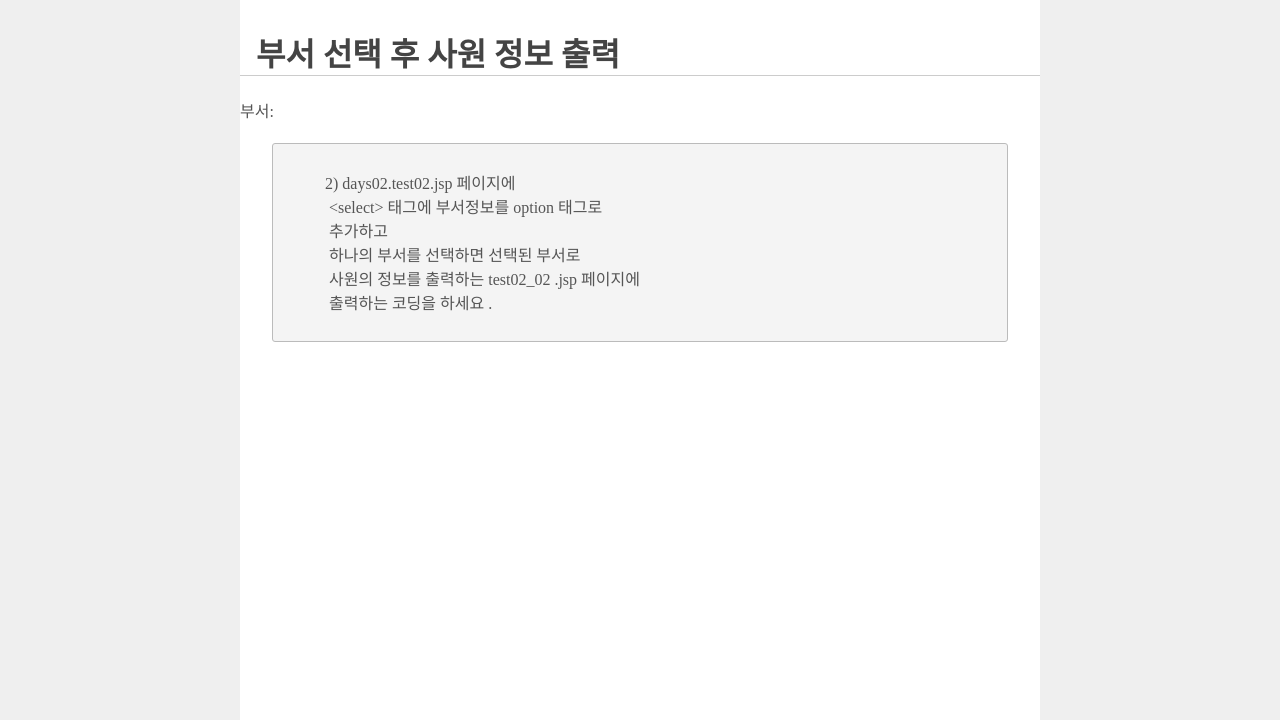
Repository: park-jiwoong/webClass
Page: http://localhost/jspPro/days02/test02.jsp
The author's editor kept a copy of each file at every save. The page is drawn from the files as they stood at one save, then again after the next save.
The browser window is 1280 px wide. The pictures show the whole page.
Some web fonts or font styles are not loaded; a fallback is used. The page is served by Tomcat 9. Other server files are loaded and not shown.

Above is the page before, as saved 2025-05-22 00:48:49.

### webPro/src/main/webapp/JSPClass/jspPro/src/main/webapp/days02/test02.jsp
<%@ page contentType="text/html; charset=UTF-8" pageEncoding="UTF-8"%>
<!DOCTYPE html>
<html>
<head>
<meta charset="UTF-8">
<meta name="viewport" content="width=device-width, initial-scale=1.0">
<link rel="shortcut icon" type="image/x-icon" href="http://localhost/jspPro/images/SiSt.ico">
<title>부서 선택</title>
<script src="https://ajax.googleapis.com/ajax/libs/jquery/3.7.1/jquery.min.js"></script>
<link rel="stylesheet" href="http://localhost/jspPro/resources/cdn-main/example.css">
<script src="http://localhost/jspPro/resources/cdn-main/example.js"></script>
	<style>
 	span.material-symbols-outlined{
    vertical-align: text-bottom;
 	}
	</style>
</head>
<body>
	<h1>부서 선택 후 사원 정보 출력</h1>
	<form action="dept">부서: </form>
<div>
    <xmp class="code">
         2) days02.test02.jsp 페이지에
          <select> 태그에 부서정보를 option 태그로
          추가하고
          하나의 부서를 선택하면 선택된 부서로
          사원의 정보를 출력하는 test02_02 .jsp 페이지에
          출력하는 코딩을 하세요 .
    </xmp>
</div>
</body>
</html>

### webPro/src/main/webapp/JSPClass/jspPro/src/main/webapp/resources/cdn-main/example.css
@charset "UTF-8";

@import url('https://fonts.googleapis.com/css2?family=Material+Symbols+Outlined:opsz,wght,FILL,GRAD@20..48,100..700,0..1,-50..200');

@font-face {
    font-family: 'GmarketSansMedium';
    src: url('https://cdn.jsdelivr.net/gh/projectnoonnu/noonfonts_2001@1.1/GmarketSansMedium.woff') format('woff');
    font-weight: normal;
    font-style: normal;
}

:root {
	--text-color: #555;
	--sub-text-color: #777;
	--back-color: #EFEFEF;
	--header-color: #444;
	--primary-color: #DEDEDE;
	--secondary-color: #EFEFEF;
	--default-width: 800px;
	--narrow-width: 500px;
	--wide-width: 1200px;
	--text-font: 'GmarketSansMedium';
	--icon-font: 'Material Symbols Outlined';
	--border-color: #CCC;
}

html, body {
	margin: 0;
	padding: 0;
}

html {
	background-color: var(--back-color);
	display: flex;
	justify-content: center;
	min-height: 100vh;
}

body, body.default {
	width: var(--default-width);
	background-color: white;
	padding-bottom: 120px;
}

body.wide {
	width: var(--wide-width);
}

body.narrow {
	width: var(--narrow-width);
}



body, p, div, span, a, input, select, option, textarea, button, table, th, td, label, fieldset, legend {
	font-family: var(--text-font);
	color: var(--text-color);
}

h1, h2, h3 {
	font-family: var(--text-font);
	color: var(--header-color);
	padding: 0 1rem;
	padding-top: .5rem;
}

div > h1, div > h2, div > h3 {
	padding: 0;
}

body > div, body > main > div {
	padding: 0.3rem 1rem;
}


h1 { font-size: 2rem; border-bottom: 1px solid var(--border-color); }
h1 small { font-size: 1.2rem; color: var(--sub-text-color); }
h2 { font-size: 1.5rem; border-bottom: 1px dashed var(--border-color); }
h2 small { font-size: 1.1rem; color: --sub-text-color; }
h3 { font-size: 1.2rem; }
h3 small { font-size: 1rem; color: --sub-text-color; }



h1.main::before {
	font-family: var(--icon-font);
  	content: '\e666';
  	margin-right: 10px;
  	float: left;
	font-size: 2.5rem;
}

h1.sub::before {
	font-family: var(--icon-font);
  	content: '\ea19';
  	margin-right: 10px;
  	float: left;
	font-size: 2.5rem;
}


h1.page::before {
	font-family: var(--icon-font);
  	content: '\e0e0';
  	margin-right: 10px;
  	float: left;
	font-size: 2.5rem;
}

body > header > ul > li > .active{
	background-color: #FFF;
	color:#F00;
}

body > header {
	display: flex;
	justify-content: space-between;
	border-bottom: 5px solid var(--border-color);
	min-height: 74px;
	background-color: #FFF;
}

body > header.sticky {
	position: sticky;
	top: 0;
	z-index: 98;
}

body > header > h1 {
	font-size: 1.2rem;
	border: 0;
}

body > header.in > h1::before {
	font-family: var(--icon-font);
  	content: '\e332‥';
  	margin-right: 3px;
  	float: left;
	font-size: 2rem;
}


body > header > ul {
	list-style-type: none;
	display: flex;
	align-items: flex-end;
	margin-right: 10px;
}

body > header > ul > li {
	margin-right: 10px;
	cursor: pointer;
}

body > header > ul > li > a {
	cursor: pointer;
}


form {
	display: block;
}

form > div {
	padding: 0.3rem 1rem;
}

div > form > div {
	padding: 0.3rem 0;
}

input, textarea, button, select {
	border: 1px solid #BBB;
	border-radius: 3px;
	outline: none;
	resize: none;
	padding: 7px;
	margin: 0;
}

input[type=text]:read-only, textarea:read-only {
	cursor: not-allowed;
	background-color: #FFF;
}

input[type=text]:disabled, textarea:disabled {
	cursor: not-allowed;
	background-color: #EEE;
}

input[type=text], input[type=password], textarea, button, select {
	/* width: 300px; */
}

textarea {
	display: block;
	height: 100px;
}

input[type=button], input[type=submit], button {
	/* width: inherit; */
}

input.short, textarea.short, button.short, select.short {
	width: 100px;
}

input.long, textarea.long, button.long, select.long {
	width: 350px;
}

.narrow input.long, .narrow textarea.long, .narrow button.long, .narrow select.long {
	width: calc(100% - 20px);
}

input.full, textarea.full, button.full, select.full {
	width: calc(100% - 20px);
}

textarea.short {
	height: 50px;
}

textarea.long {
	height: 100px;
}

textarea.full {
	height: 200px;
}

input, textarea {
	padding-top: 8px;
}

input[type=button], input[type=submit], button {
	padding: 5px 10px;
	background-color: var(--secondary-color);
	cursor: pointer;
	min-height: 36px;
}

input[type=button].primary, input[type=submit].primary, button.primary {
	/* background-color: rgba(100, 149, 237, .2); */
	background-color: var(--primary-color);
}

input[type=button].primary:hover, input[type=submit].primary:hover, button.primary:hover {
	/* background-color: rgba(100, 149, 237, .3); */
	background-color: var(--secondary-color);
}

input[type=button]:hover, input[type=submit]:hover, button:hover {
	background-color: var(--primary-color);
}

button {
	position: relative;
	left: 0;
	top: 0;
	padding-left: 35px;
}

button .material-symbols-outlined {
	position: absolute;
	left: 10px;
	top: 4px;
}

/* k2nik add */
button.login::before {
	font-family: var(--icon-font);
  	content: '\ea77';
	position: absolute;
	left: 11px;
	top: 4px;
	font-size: 1.25rem;
}

/* k2nik logout */
button.logout::before {
	font-family: var(--icon-font);
  	content: '\e9ba';
	position: absolute;
	left: 11px;
	top: 4px;
	font-size: 1.25rem;
}

/* k2nik help */
button.help::before {
	font-family: var(--icon-font);
  	content: '\f1c0';
	position: absolute;
	left: 11px;
	top: 4px;
	font-size: 1.25rem;
}

button.add::before{
	font-family: var(--icon-font);
  	content: '\e746';
	position: absolute;
	left: 11px;
	top: 4px;
	font-size: 1.25rem;
}

button.back::before {
	font-family: var(--icon-font);
  	content: '\e166';
	position: absolute;
	left: 11px;
	top: 4px;
	font-size: 1.25rem;
}

button.list::before {
	font-family: var(--icon-font);
  	content: '\e0ee';
	position: absolute;
	left: 11px;
	top: 4px;
	font-size: 1.25rem;
}


button.del::before {
	font-family: var(--icon-font);
  	content: '\e872';
	position: absolute;
	left: 11px;
	top: 4px;
	font-size: 1.25rem;
}

button.alldel::before {
	font-family: var(--icon-font);
  	content: '\e92b';
	position: absolute;
	left: 11px;
	top: 4px;
	font-size: 1.25rem;
}


button.edit::before {
	font-family: var(--icon-font);
  	content: '\e745';
	position: absolute;
	left: 11px;
	top: 4px;
	font-size: 1.25rem;
}


button.login::before {
	font-family: var(--icon-font);
  	content: '\ea77';
	position: absolute;
	left: 11px;
	top: 4px;
	font-size: 1.25rem;
}


button.logout::before {
	font-family: var(--icon-font);
  	content: '\e9ba';
	position: absolute;
	left: 11px;
	top: 4px;
	font-size: 1.25rem;
}


button.in::before {
	font-family: var(--icon-font);
  	content: '\f71a';
	position: absolute;
	left: 11px;
	top: 4px;
	font-size: 1.25rem;
}


button.out::before {
	font-family: var(--icon-font);
  	content: '\f70e';
	position: absolute;
	left: 11px;
	top: 4px;
	font-size: 1.25rem;
}


button.reply::before {
	font-family: var(--icon-font);
  	content: '\e15e';
	position: absolute;
	left: 11px;
	top: 4px;
	font-size: 1.25rem;
}


button.comment::before {
	font-family: var(--icon-font);
  	content: '\e0b9';
	position: absolute;
	left: 11px;
	top: 4px;
	font-size: 1.25rem;
}


button.modal::before {
	font-family: var(--icon-font);
  	content: '\e89e';
	position: absolute;
	left: 11px;
	top: 4px;
	font-size: 1.25rem;
}


button.ok::before {
	font-family: var(--icon-font);
  	content: '\e86c';
	position: absolute;
	left: 11px;
	top: 4px;
	font-size: 1.25rem;
}


button.cancel::before {
	font-family: var(--icon-font);
  	content: '\e5c9';
	position: absolute;
	left: 11px;
	top: 4px;
	font-size: 1.25rem;
}

button.search::before {
	font-family: var(--icon-font);
  	content: '\e8b6';
	position: absolute;
	left: 11px;
	top: 4px;
	font-size: 1.25rem;
}

button.home::before {
	font-family: var(--icon-font);
  	content: '\e88a';
	position: absolute;
	left: 11px;
	top: 4px;
	font-size: 1.25rem;
}


button.sidebar::before {
	font-family: var(--icon-font);
  	content: '\f7e4';
	position: absolute;
	left: 11px;
	top: 4px;
	font-size: 1.25rem;
}


button.sidebar-right::before {
	font-family: var(--icon-font);
  	content: '\f7e5';
	position: absolute;
	left: 11px;
	top: 4px;
	font-size: 1.25rem;
}




button::before {
	font-family: var(--icon-font);
  	content: '\e323';
	position: absolute;
	left: 11px;
	top: 4px;
	font-size: 1.25rem;
}


table {
	border-collapse: collapse;
	margin: 1rem;
	box-sizing: border-box;
	width: calc(100% - 32px);
}

table.content {
	width: auto;
}

div > table {
	margin: 0;
}

table th, table td {
	border: 1px solid var(--border-color);
	padding: 7px;
	font-weight: normal;
}

table th {
	background-color: var(--back-color);
}

table.vertical th {
	width: 150px;
}

table.vertical td {
	width: calc(100% - 182px);
	padding-left: 10px;
}

table.content td, table.content th {
	width: auto;
}

body.narrow table.vertical th {
	width: 100px;
}

body.narrow table.vertical td {
	width: calc(100% - 182px);
}


table + table {
	margin-top: 30px;
}


p {
	padding: 0 1rem;
}

a {
	text-decoration: none;
}

a:hover {
	color: rgba(255, 99, 71, .7);
}

hr {
	border: 0;
	border-top: 1px solid var(--border-color);
	margin: 2rem 0;
}

.message {
	border: 1px solid var(--border-color);
	background-color: #EFEFEF;
	margin: 1rem;
	width: auto;
	padding-top: 10px;
	padding-bottom: 10px;
	font-size: 14px;
}

.message[title]::before {
	content: attr(title);
	display: block;
	border-bottom: 1px solid var(--border-color);
	padding-bottom: 5px;
	margin-bottom: 10px;
	margin-top: 7px;
}

.message.short {
	max-width: 250px;
}

.message.long {
	max-width: 500px;
}

.badge {
	float: right;
	font-size: .8rem;
	margin-top: 2px;
	margin-right: 2px;
	text-shadow: 0 0 7px gray;
}

.badge.left {
	float: none;
	margin-left: 2px;
}

.badge.right {
	float: right;
}

.badge.red {
	border-radius: 50%;
	padding: 2px 5px;
	background-color: rgb(255, 99, 71, .3);
}

.badge.yellow {

	border-radius: 50%;
	padding: 2px 5px;
	background-color: rgb(255, 215, 0, .5);
}

.badge.blue {
	border-radius: 50%;
	padding: 2px 5px;
	background-color: rgb(100, 149, 237, .3);
}

label + label {
	margin-left: 7px;
}

label input[type=checkbox], label input[type=radio] {
	transform: translate(0, 1px);
}

.group {
	display: flex;
}

.modal-content .group {
	margin-bottom: .5rem;
}

.group label {
	border: 1px solid #BBB;
	border-radius: 3px;
	outline: none;
	resize: none;
	padding: 7px 14px;
	margin: 0;
	border-top-right-radius: 0;
	border-bottom-right-radius: 0;
	background-color: #EFEFEF;
	white-space: nowrap;
	font-size: 14px;
}

.group input[type=text] {
	margin-left: -1px;
	border-top-left-radius: 0;
	border-bottom-left-radius: 0;
}

.group select {
	margin-left: -1px;
	border-top-left-radius: 0;
	border-bottom-left-radius: 0;
}

.group input.full[type=text] {
	margin-left: -1px;
	border-top-left-radius: 0;
	border-bottom-left-radius: 0;
	width: 100%;
}

.group input[type=button]:first-child, .group button:first-child {
	border-top-left-radius: 3px;
	border-bottom-left-radius: 3px;
	margin-left: 0px;
}

.group input[type=button], .group button {
	border-radius: 0;
	margin-left: -1px;
}

.group input[type=button]:last-child, .group button:last-child {
	margin-left: -1px;
	border-top-right-radius: 3px;
	border-bottom-right-radius: 3px;
}

.seperate {
	display: flex;
	justify-content: space-between;
}

div.list {
	width: max-content;
	margin: 1rem;
	border: 1px solid #BBB;
	border-radius: 3px;
	padding: 0;
}

div.list.full {
	width: auto;
	display: block;
	margin: 1rem;
	border: 1px solid #BBB;
	border-radius: 3px;
	padding: 0;
}

div.list > div {
	padding: .5rem 1rem;
	margin: 0;
	border-bottom: 1px solid #BBB;
}

div.list > div:last-child {
	border-bottom: 0;
}

pre.code , xmp.code{
	font-family: consols;
	background-color: rgba(150, 150, 150, .1);
	border: 1px solid #BBB;
	border-radius: 3px;
	padding: .5rem 1rem;
	padding-bottom: .6rem;
	margin: 1rem;
}




*[data-modal-window] {
	position: fixed;
	background-color: rgba(0, 0, 0, .3);
	left: 0;
	top: 0;
	display: none;
	justify-content: center;
	align-items: flex-start;
	width: 100%;
	min-height: 100vh;
	z-index: 100;
	opacity: 0;
	transition: 500ms all;
}

*[data-modal-window] .modal-container {
	border-radius: 5px;
	padding: 1rem;
	padding-bottom: .5rem;
	margin-top: -500px;
	opacity: 0;
	width: 500px;
	background-color: #FFF;
	margin-right: 2rem;
	transition: 500ms all;
}

*[data-modal-size=content] .modal-container {
	width: auto;
}

*[data-modal-size=narrow] .modal-container {
	width: 300px;
}

*[data-modal-size=wide] .modal-container {
	width: 760px;
}


*[data-modal-window] .modal-header {
	border-bottom: 1px solid var(--border-color);
	padding: 2px 5px;
}

*[data-modal-window] .modal-content {
	padding: 1rem 5px;
}

*[data-modal-window] .modal-content div:last-child {
	margin-top: 1rem;
	text-align: right;
}



*[data-sidebar-window] {
	position: fixed;
	background-color: #FFF;
	left: 0;
	top: 0;
	display: block;
	width: 300px;
	border-right: 1px solid var(--border-color);
	box-sizing: border-box;
	box-shadow: 0 0 3px var(--back-color);
	min-height: 100vh;
	z-index: 99;
	transform: translate(-300px, 0);
	transition-duration: 500ms;
	transition-property: transform;
}

*[data-sidebar-direction=right] {
	left: auto;
	right: 0;
	transform: translate(300px, 0);
	border-left: 1px solid var(--border-color);
}

*[data-sidebar-size=wide] {
	width: 500px;
	transform: translate(-500px, 0);
}

*[data-sidebar-window] .sidebar-title {
	border-bottom: 1px solid var(--border-color);
	margin-top: 20px;
	margin-bottom: 20px;
	padding-bottom: 5px;
	display: flex;
	justify-content: space-between;
}

*[data-sidebar-window] .sidebar-title span:last-child {
	cursor: pointer;
}


/* K2Nik pagination */
.center {
  text-align: center;
}

.pagination {
  display: inline-block;
}

.pagination a {
  color: black;
  float: left;
  padding: 3px 6px;
  text-decoration: none;
  transition: background-color .3s;
  border: 1px solid #ddd;
  margin: 0 3px;
}

.pagination a.active {
  background-color: #4CAF50;
  color: white;
  border: 1px solid #4CAF50;
}

.pagination a:hover:not(.active) {background-color: #ddd;}

### webPro/src/main/webapp/JSPClass/jspPro/src/main/webapp/resources/cdn-main/example.js

window.onload = () => {

    const list = document.querySelectorAll('input, textarea');

    list.forEach(item => {
        item.setAttribute('autocomplete', 'off');
    });


    const modal_btn_list = document.querySelectorAll('*[data-modal-button]');

    modal_btn_list.forEach(item => {
        item.onclick = function() {

            const name = this.dataset['modalButton'];
            const modal_window = document.querySelector('*[data-modal-window=' + name);

            const container = document.createElement('div');
            container.className = 'modal-container';



            const modal_header = document.createElement('div');
            modal_header.textContent = modal_window.dataset['modalTitle'];
            modal_header.className = 'modal-header';
            container.appendChild(modal_header);

            const modal_content = document.createElement('div');
            modal_content.className = 'modal-content';
            container.appendChild(modal_content);

            Array.from(modal_window.childNodes).forEach(item => {
                modal_content.appendChild(item);
            });

            modal_window.appendChild(container);

            modal_window.style.display = 'flex';

            setTimeout(() => {
                modal_window.style.opacity = 1;
                container.style.marginTop = '20px';
                container.style.opacity = 1;
            }, 50);


            const modal_ok = document.querySelector('*[data-modal-ok=' + name);
            modal_ok.addEventListener('click', function() {
                modal_window.style.opacity = 0;
                container.style.marginTop = '-500px';
                container.style.opacity = 0;

                setTimeout(() => {
                    modal_window.innerHTML = modal_content.innerHTML;
                    modal_window.style.display = 'none';
                }, 500);

            });

            const modal_cancel = document.querySelector('*[data-modal-cancel=' + name);
            modal_cancel.addEventListener('click', function() {

                modal_window.style.opacity = 0;
                container.style.marginTop = '-500px';
                container.style.opacity = 0;

                setTimeout(() => {
                    modal_window.innerHTML = modal_content.innerHTML;
                    modal_window.style.display = 'none';
                }, 500);
            });


        };
    });


    const sidebar_btn_list = document.querySelectorAll('*[data-sidebar-button]');

    sidebar_btn_list.forEach(item => {
        item.onclick = function() {



            const name = this.dataset['sidebarButton'];
            const sidebar_window = document.querySelector('*[data-sidebar-window=' + name);

            if (sidebar_window.style.transform == 'translate(0px, 0px)') return;



            sidebar_window.style.transform = 'translate(0, 0)';

            const sidebar_title = document.createElement('div');
            sidebar_title.className = 'sidebar-title';
            sidebar_title.innerHTML = '<span>' + sidebar_window.dataset['sidebarTitle'] + '</span><span class="material-symbols-outlined">close</span>';

            sidebar_title.children[1].onclick = function() {

                let sign = 1;
                let distance = 300;

                if (sidebar_window.dataset['sidebarDirection'] != 'right') {
                    sign = -1;
                } else {
                    sign = 1;
                }

                if (sidebar_window.dataset['sidebarSize'] != 'wide') {
                    distance = 300;
                } else {
                    distance = 500;
                }

                distance *= sign;

                sidebar_window.style.transform = 'translate(' + distance + 'px, 0)';

                setTimeout(function() {
                    sidebar_window.removeChild(sidebar_window.children[0]);
                }, 500);
            };


            sidebar_window.prepend(sidebar_title);

        }
    });

};

// window.onkeydown = function(event) {

//     if (event.keyCode == 27) {
//         if (document.querySelector('[data-modal-window').style.display == 'flex') {
//             document.querySelector('[data-modal-window').style.display = 'none';
//         }
//     }

// };

After the next save:
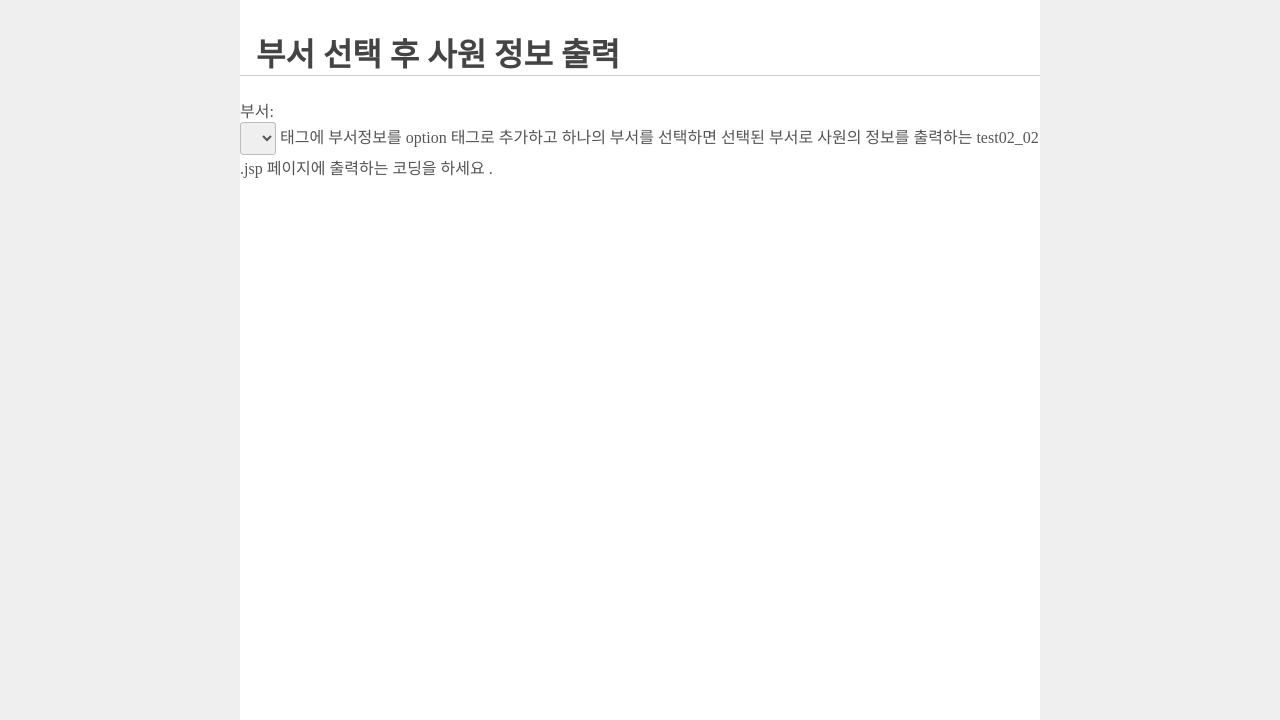
Saved 91 s later.
--- a/webPro/src/main/webapp/JSPClass/jspPro/src/main/webapp/days02/test02.jsp
+++ b/webPro/src/main/webapp/JSPClass/jspPro/src/main/webapp/days02/test02.jsp
@@ -18,6 +18,9 @@
 <body>
 	<h1>부서 선택 후 사원 정보 출력</h1>
 	<form action="dept">부서: </form>
+	<select id="dept" name="dept>
+
+	</select>
 <div>
     <xmp class="code">
          2) days02.test02.jsp 페이지에
